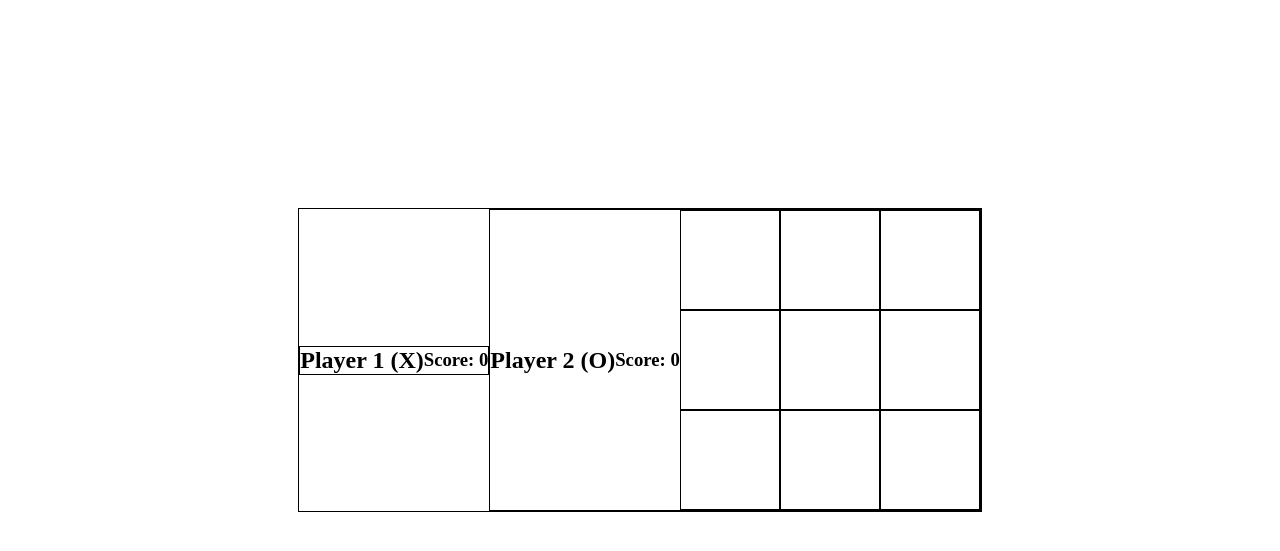
Repository: Dimitris2031/Tic-Tac-Toe
Page: main.html
The author's editor kept a copy of each file at every save. The page is drawn from the files as they stood at one save, then again after the next save.
The browser window is 1280 px wide. The pictures show the whole page.

Above is the page before, as saved 2025-09-05 23:44:52.

### main.html
<!DOCTYPE html>
    <head>
        <title>Rock Paper Sciscor Project</title>
        <link rel="stylesheet" href="main.css">
    </head>
    <body>
        <div class="scoreboard">
            <div class="player1">
                <h2>Player 1 (X)</h2>
                <h3 id="player1score">Score: 0</h3>
            </div>
            <div class="player2">
                <h2>Player 2 (O)</h2>
                <h3 id="player2score">Score: 0</h3>
        <main class="main">
            <div></div>
            <div></div>
            <div></div>
            <div></div>
            <div></div>
            <div></div>
            <div></div>
            <div></div>
            <div></div>
        </main>
        <script src="main.js"></script>
    </body>

</html>

### main.css
*{
    margin: 0;
    padding: 0;
    box-sizing: border-box;
}
body{
    display: flex;
    align-items: center;
    justify-content: center;
    min-height: 100vh;
}

main{
    display: grid;
    width: 300px;
    height: 300px;
    grid-template-columns: repeat(3,1fr);
    grid-template-rows: repeat(3,1fr);

}

div{
    border: 1px solid black;
    display: flex;
    align-items: center;
    justify-content: center;
}

.scoreboard{
    position: absolute;
}

### main.js

const Gameboard = (() => {
    const GameboardArray = new Array(9).fill(null);
    const winningConditions = [
        [0, 1, 2],
        [3, 4, 5],
        [6, 7, 8],

        [0, 3, 6],
        [1, 4, 7],
        [2, 5, 8],

        [0, 4, 8],
        [2, 4, 6]
    ];
    function updateBoard(index, marker){
        GameboardArray[index] = marker;
        document.getElementById(index).textContent = marker;
    }
    return {
        updateBoard,
        winningConditions,
        GameboardArray};
    })();


const GameReferee = (() => {
    let currIndex = 1;
    let player1 = playerFactory('player1','X',0);
    let player2 = playerFactory('player2','O',0);
    const players = [player1,player2];
    function checkPlayerTurn(){
        currIndex = 1 - currIndex;
        players[currIndex];
        return players[currIndex];
    }

    function checkWin(){
        for (let condition of Gameboard.winningConditions){
            const [a,b,c] = condition;
            if (Gameboard.GameboardArray[a] && Gameboard.GameboardArray[a] === Gameboard.GameboardArray[b] && Gameboard.GameboardArray[a] === Gameboard.GameboardArray[c]){
                if (Gameboard.GameboardArray[a] === 'X'){
                    alert(`${Gameboard.GameboardArray[a]} wins!`);
                    player1.score += 1;
                    return true;
                }else{
                    alert(`${Gameboard.GameboardArray[a]} wins!`);
                    player2.score += 1;
                    return true;
                }
            }
        }
    }
    function resetGame(){
        Gameboard.GameboardArray.fill(null);
        document.querySelectorAll('div').forEach((div) => {
            div.textContent = '';
        });
        currIndex = 1;
    }

    return {
        checkWin,
        checkPlayerTurn,
        resetGame
    };
})();

function playerFactory(name,marker,score){
    return{
        name: name,
        marker: marker,
        score: score

    }
}


document.querySelectorAll('div').forEach((div,i) => {
    div.id = i;
    div.addEventListener('click', async () => {
        if (Gameboard.GameboardArray[div.id] == null){
            Gameboard.updateBoard(div.id, GameReferee.checkPlayerTurn().marker);
            if (GameReferee.checkWin()){
                GameReferee.resetGame();
            }else if (!Gameboard.GameboardArray.includes(null)){
                alert("It's a tie!");
                GameReferee.resetGame();
            }
        }
    });
});

After the next save:
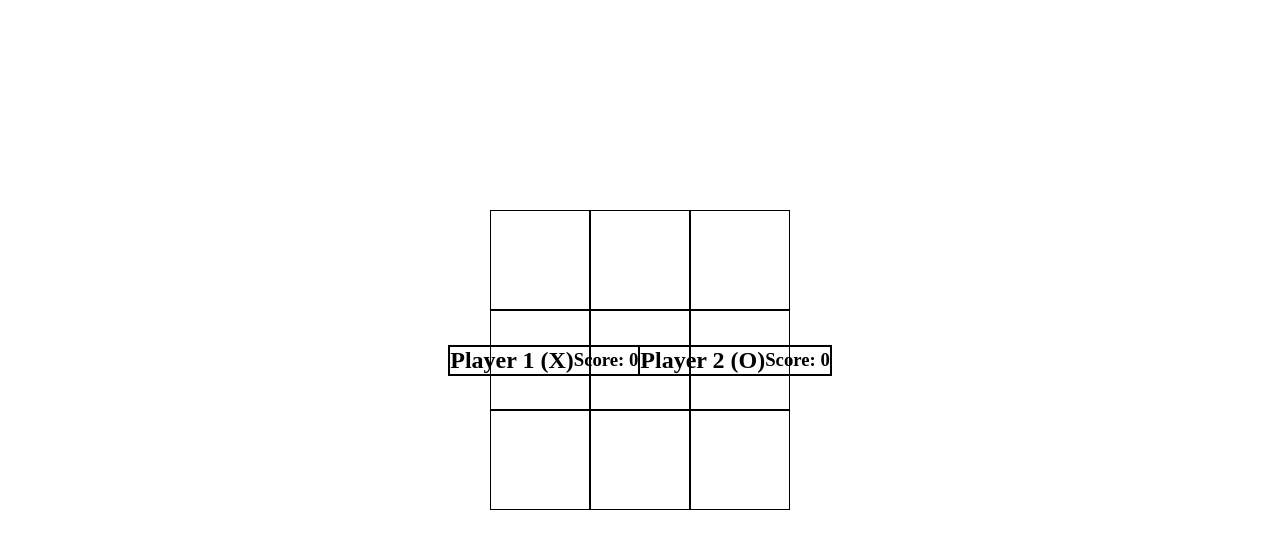
Saved 20 s later.
--- a/main.html
+++ b/main.html
@@ -12,6 +12,8 @@
             <div class="player2">
                 <h2>Player 2 (O)</h2>
                 <h3 id="player2score">Score: 0</h3>
+            </div>
+        </div>
         <main class="main">
             <div></div>
             <div></div>
